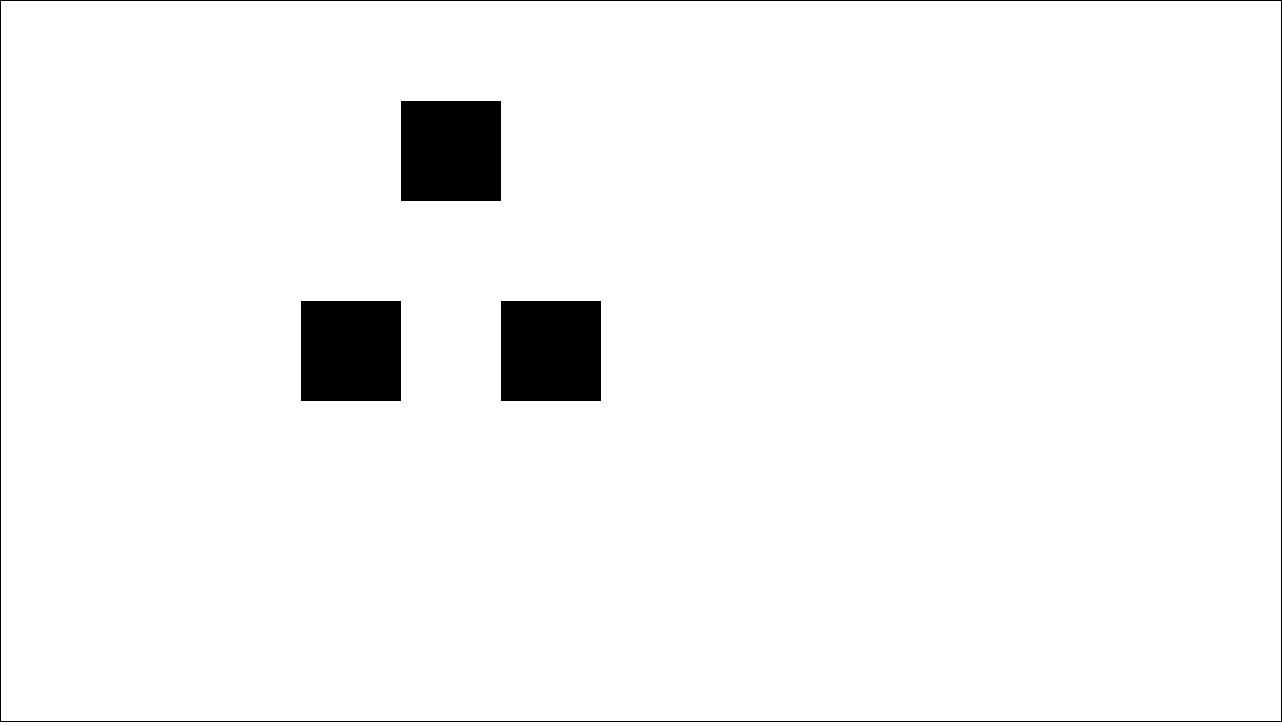
Repository: badhon252/Javascript-practice
Page: 1projects/JavaScript30/08 - Fun with HTML5 Canvas/index-START.html
An editor plug-in stored every save of this project. The page is shown before and after the next save, followed by the edit.
The browser window is 1280 px wide. The page is 1282 px wide, so the pictures cover 1282 px, including what lies to the right of the window. The pictures show the whole page.

Above is the page before, as saved 2022-12-02 23:34:32.

### 1projects/JavaScript30/08 - Fun with HTML5 Canvas/index-START.html
<!DOCTYPE html>
<html lang="en">

<head>
    <meta charset="UTF-8">
    <title>HTML5 Canvas</title>
</head>

<body>
    <canvas id="draw" width="800" height="800"></canvas>
    <script>
    </script>

    <style>
        html,
        body {
            margin: 0;
            padding: 0;
        }

        #draw {
            border: 1px solid black;
        }
    </style>

    <script>
        console.log("first")
        const canvas = document.querySelector("#draw");
        const ctx = canvas.getContext("2d")

        canvas.width = window.innerWidth;
        canvas.height = window.innerHeight;

        // ctx.fillRect(x, y, width, height)
        ctx.fillRect(400, 100, 100, 100);
        ctx.fillRect(300, 300, 100, 100);
        ctx.fillRect(500, 300, 100, 100);
    </script>
</body>

</html>

After the next save:
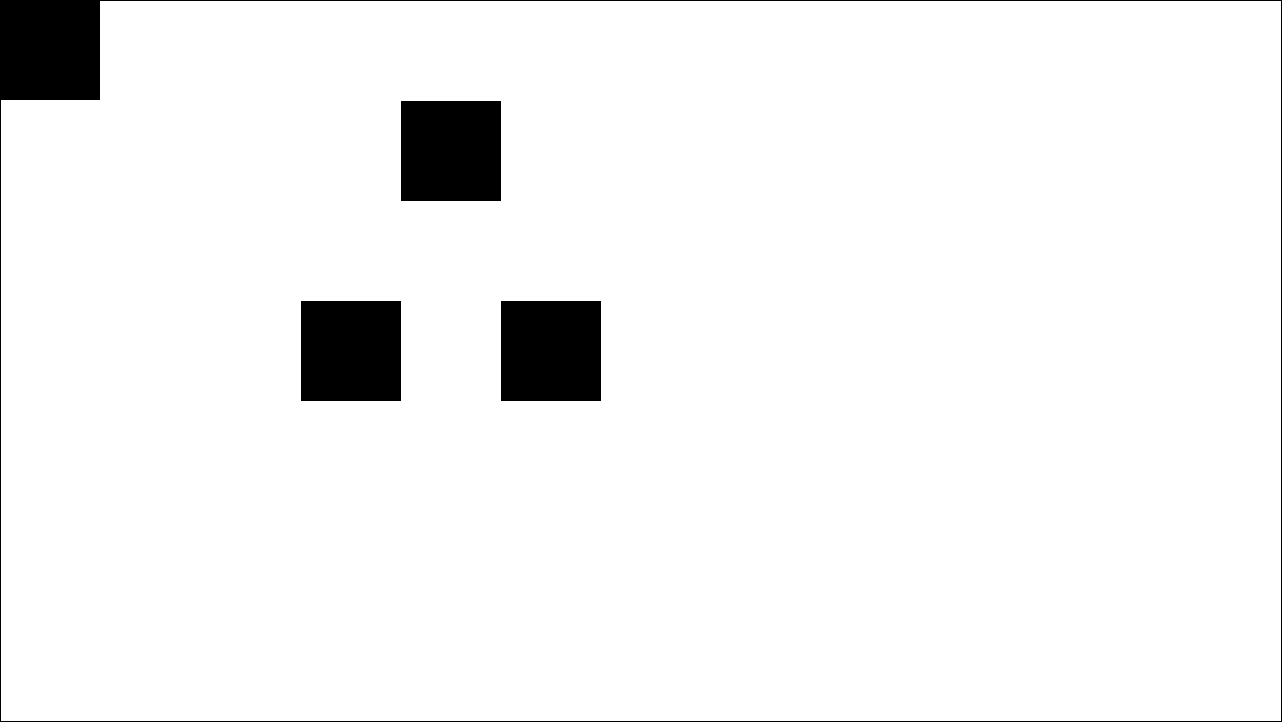
Saved 30 s later.
--- a/1projects/JavaScript30/08 - Fun with HTML5 Canvas/index-START.html
+++ b/1projects/JavaScript30/08 - Fun with HTML5 Canvas/index-START.html
@@ -35,6 +35,7 @@
         ctx.fillRect(400, 100, 100, 100);
         ctx.fillRect(300, 300, 100, 100);
         ctx.fillRect(500, 300, 100, 100);
+        ctx.fillRect(-1, -1, 100, 100);
     </script>
 </body>
 
